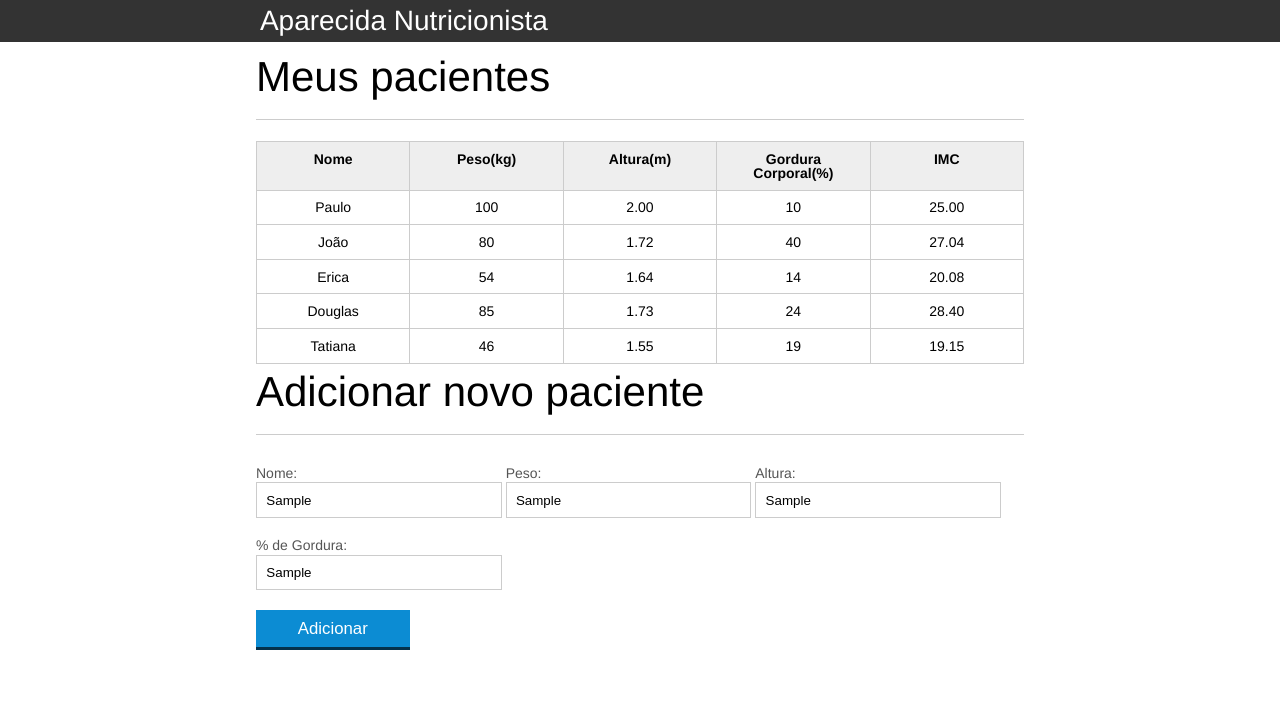
Repository: GabbLps/Controle-de-Clientes-Alura
Page: index.html
The author's editor kept a copy of each file at every save. The page is drawn from the files as they stood at one save, then again after the next save.
The browser window is 1280 px wide. The pictures show the whole page.
Empty fields were first filled with sample values (such as "Sample", 5 or name@example.com).
After loading, the first visible `#adicionar-paciente` was clicked once.

Above is the page before, as saved 2022-05-12 20:55:38.

After the next save:
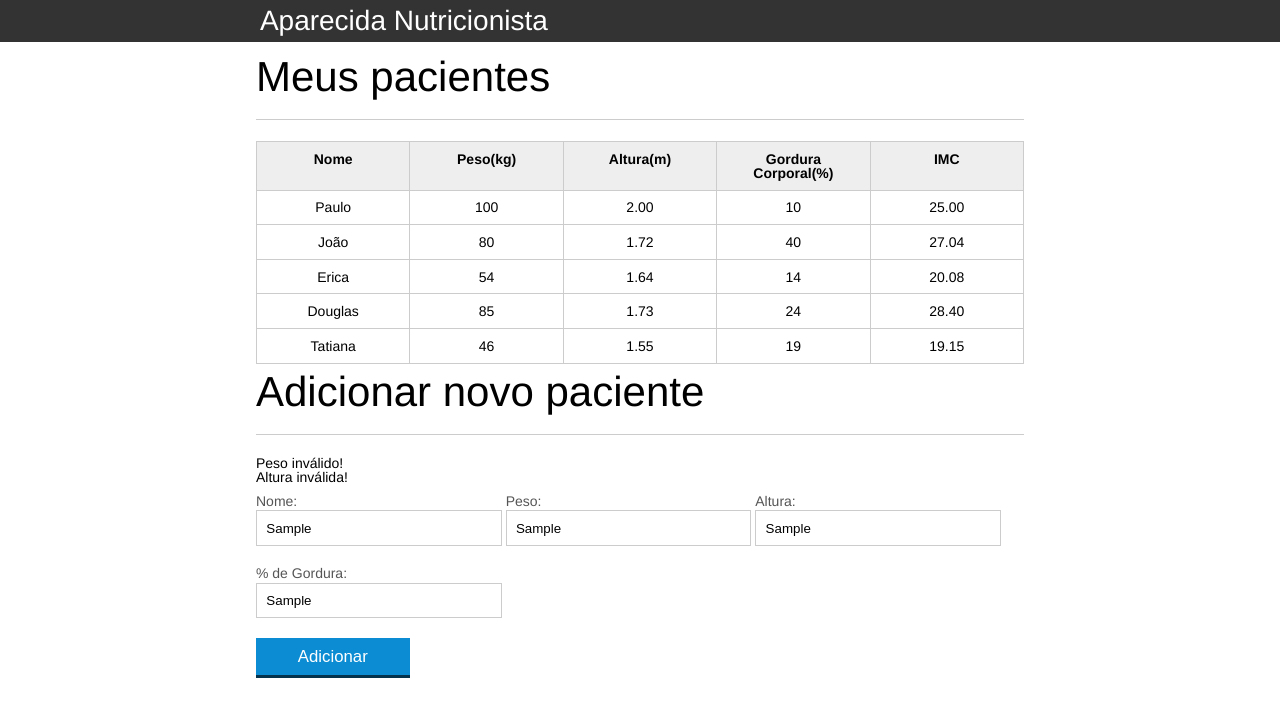
Saved 86 s later.
--- a/js/form.js
+++ b/js/form.js
@@ -26,6 +26,7 @@ botaoAdicionar.addEventListener("click", function(event) {
         erros.forEach(function(erro){
             var li = document.createElement("li");
             li.textContent = erro;
+            ul.appendChild(li);
         });
     }
 
